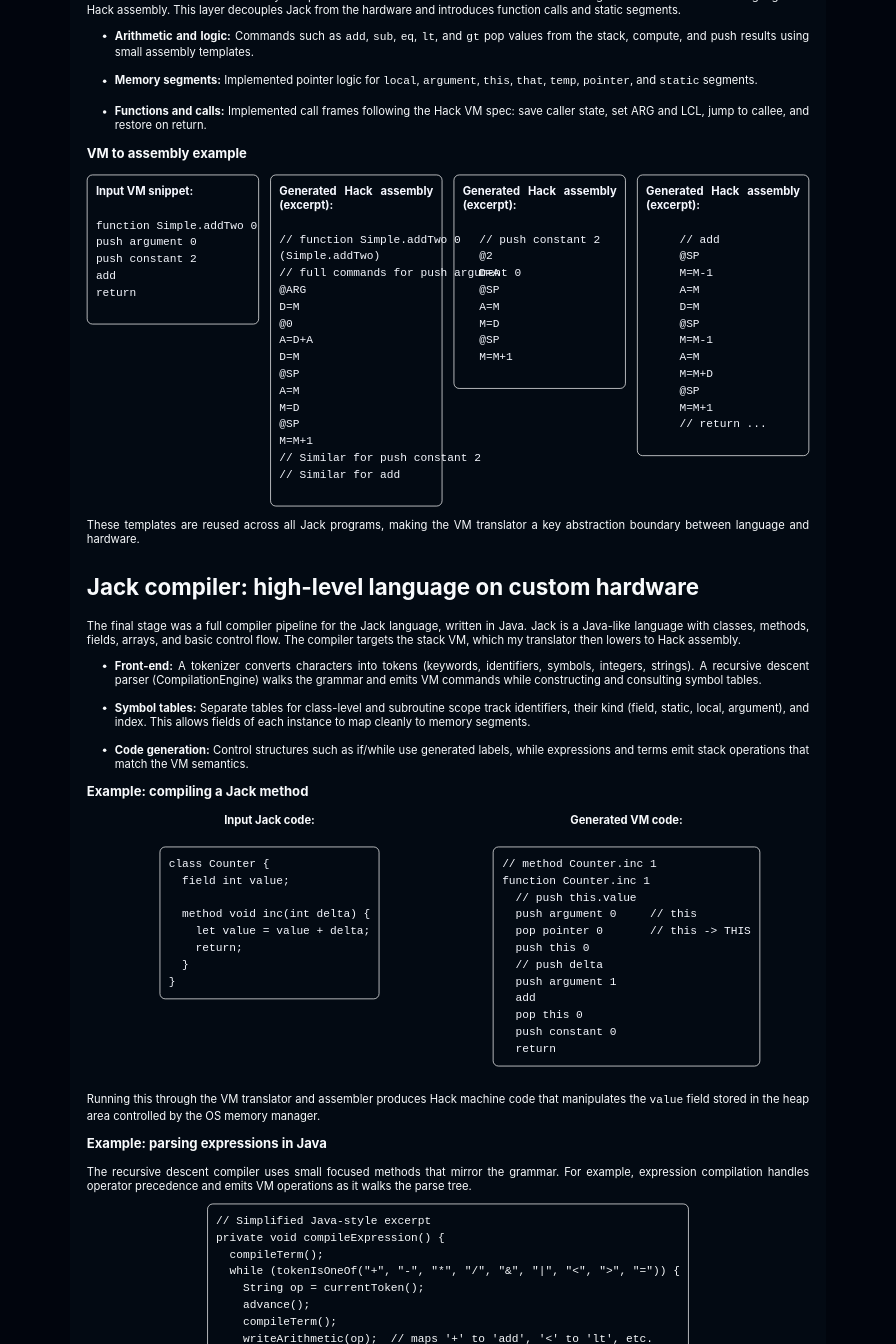
Repository: Abdulaziz-04/Abdulaziz-04.github.io
Page: deepdives/backend_systems/nand2tetris/nand2tetris.html
These files come from the project's save history. The page is drawn as it stood at one moment and after the next save; the edit follows.
The browser window is 1280 px wide. The pictures show the part of the page from y = 3368 to 5288 px (the page is 6097 px tall before and 6446 px after), at 70% of full size.

Above is the page before, as saved 2025-11-20 21:31:39.

### deepdives/backend_systems/nand2tetris/nand2tetris.html
<!DOCTYPE html>
<html lang="en">
  <head>
    <meta charset="UTF-8" />
    <meta name="viewport" content="width=device-width, initial-scale=1" />
    <title>
      From Nand to Tetris: Building a Computer and Compiler from Scratch
    </title>
    <link rel="stylesheet" href="../../../assets/css/styles.css" />
    <style>
      .project-detail-page pre,
      .project-detail-page code {
        font-size: 1rem;
        line-height: 1.5;
      }

      .project-detail-page pre {
        display: flex;
        justify-content: center;
        margin: 1.25rem auto;
      }

      .project-detail-page pre code {
        display: inline-block;
        text-align: left;
      }

      .code-pair {
        display: grid;
        grid-template-columns: repeat(2, minmax(0, 1fr));
        gap: 1.25rem;
        align-items: start;
        justify-items: center;
        max-width: 1000px;
        margin: 0 auto;
      }

      .code-pair > div {
        display: flex;
        flex-direction: column;
        gap: 0.5rem;
        align-items: center;
      }

      .code-pair p {
        margin: 0;
        text-align: center;
        width: 100%;
      }

      .code-bordered {
        border: 1px solid #ffffff;
        border-radius: 8px;
        padding: 0.75rem;
        display: block;
        width: fit-content;
        max-width: 100%;
        margin: 0.75rem auto;
      }

      .project-detail-page pre.code-bordered {
        margin: 0 auto 1.25rem;
        justify-content: flex-start;
      }

      .code-card {
        color: #f6f8ff;
        border: 1px solid #ffffff;
        border-radius: 8px;
        padding: 0.75rem;
        background: transparent;
        box-shadow: none;
        display: flex;
        flex-direction: column;
        gap: 0.5rem;
        width: 100%;
      }

      .code-card__title {
        margin: 0;
        font-weight: 700;
        text-align: left;
      }

      .code-card code {
        display: block;
        white-space: pre;
        width: 100%;
      }

      .code-card.vm-block,
      .code-card.asm-block {
        border-color: #ffffff;
      }

      .code-grid {
        display: grid;
        grid-template-columns: repeat(4, minmax(0, 1fr));
        gap: 1rem;
        align-items: start;
        max-width: 1200px;
        margin: 0 auto;
      }

      .asm-columns {
        display: grid;
        grid-template-columns: repeat(auto-fit, minmax(220px, 1fr));
        gap: 0.75rem;
        align-items: start;
      }

      .asm-columns pre {
        margin: 0;
        padding: 0;
        border: none;
        background: transparent;
      }

      .asm-columns pre code {
        display: block;
        white-space: pre;
        width: 100%;
      }
    </style>
  </head>

  <body class="project-detail-page">
    <header class="detail-hero">
      <a
        class="category-back"
        href="../../../projects/compiler-blockchain.html"
      >
        &larr; Back to Projects
      </a>

      <p
        class="category-pill"
        onclick="window.location.href='../../../projects/compiler-blockchain.html'"
      >
        Backend &amp; Distributed Logic
      </p>
      <br />
      <h1>
        From Nand to Tetris: Building a Computer and Compiler from Scratch
      </h1>

      <p class="detail-summary">
        <b>
          Two–part systems project where I built a full 16-bit computer,
          assembler, virtual machine, and compiler from primitive NAND gates.
          The stack ends in a high-level programming language called Jack that
          runs on the hardware I designed using an emulator.
        </b>
      </p>

      <p class="detail-summary">
        I completed all projects for both Coursera courses
        <i>“Build a Modern Computer from First Principles: Part 1 and Part 2”</i
        >, submitted every assignment, scored <b>98%</b> overall, and earned
        both certifications.
      </p>

      <ul class="detail-meta">
        <li>
          <strong>Tech Stack:</strong>
          Hardware Description Language (HDL), Hack assembly, Jack language,
          Java (assembler, VM translator, compiler), shell tooling, hardware and
          VM emulators
        </li>
      </ul>
    </header>

    <main class="section detail-content">
      <!-- HERO IMAGE -->
      <section class="detail-section detail-hero-gif">
        <figure class="gallery-item gallery-item--wide">
          <img
            src="./images/nand2tetris_intro.png"
            alt="Hardware and software hierarchy from NAND gate up to high level language"
            style="display: block; margin: 0 auto; max-width: 90%; height: auto"
          />
          <figcaption style="text-align: center">
            The full stack I implemented: from a single NAND gate to logic
            chips, CPU, assembler, VM, and Jack compiler running user programs.
          </figcaption>
        </figure>
      </section>

      <!-- QUICK INSIGHTS -->
      <section class="detail-section">
        <h2>Quick insights</h2>
        <ul class="psr-list">
          <li>
            <strong>Goal:</strong>
            Design a full computer system from the logic-gate level and build a
            usable high-level programming language called Jack with it's own
            compiler and toolchain that runs games and apps on that hardware.
          </li>
          <br />
          <li>
            <strong>Scope:</strong>
            Implemented over <b>30+</b> hardware chips in HDL, a
            <b>16-bit Hack CPU and memory system</b>, a two-stage software stack
            (assembler and VM translator), and a multi-pass Jack compiler.
          </li>
          <br />
          <li>
            <strong>Outcome:</strong>
            The final system runs full Jack programs such as Tetris and a simple
            operating system (arrays, math library, memory manager), compiled by
            my Java tools from Jack to machine language that executes on the
            hardware I built (via emulation).
          </li>
        </ul>
      </section>

      <!-- HARDWARE PLATFORM -->
      <section class="detail-section">
        <h2>Hardware platform: from NAND to a 16-bit computer</h2>
        <p>
          Part 1 focused on creating the hardware stack using the course HDL.
          Starting from a single NAND primitive, I implemented combinational and
          sequential chips and composed them into a usable computer.
        </p>

        <ul>
          <li>
            <b>Core logic:</b> Built gates such as NOT, AND, OR, MUX, and
            adders, then composed them into an <b>ALU</b> (Arithmetic Logic
            Unit) supporting arithmetic, bitwise operations, and zero/negative
            flags.
          </li>
          <br />
          <li>
            <b>Stateful components:</b> Implemented Register, RAM8/64/4K/16K,
            counters, and a screen-mapped memory unit using flip-flops and
            clocked logic.
          </li>
          <br />
          <li>
            <b>CPU and computer:</b> Wired the ALU (Arithmetic Logic Unit),
            registers, and instruction decoder into a Hack CPU supporting
            A-instruction and C-instruction i.e. Address and Compute
            instructions plus conditional jumps, then added ROM and memory to
            form the complete computer chip.
          </li>
        </ul>

        <h3>Example: ALU snippet and behavior</h3>
        <p>
          The ALU combines configurable input negation, zeroing, and function
          selection. Here is a simplified HDL excerpt (names adjusted for
          brevity):
        </p>

        <pre class="code-bordered"><code>// Simplified ALU style HDL
CHIP ALU {
  IN  x[16], y[16],
      zx, nx, zy, ny, f, no;
  OUT out[16], zr, ng;

  PARTS:
  Mux16(a=x, b=false, sel=zx, out=xz);
  Not16(in=xz, out=xn);
  Mux16(a=xz, b=xn, sel=nx, out=x1);

  Mux16(a=y, b=false, sel=zy, out=yz);
  Not16(in=yz, out=yn);
  Mux16(a=yz, b=yn, sel=ny, out=y1);

  Add16(a=x1, b=y1, out=sum);
  And16(a=x1, b=y1, out=andv);
  Mux16(a=andv, b=sum, sel=f, out=out0);

  Not16(in=out0, out=out1);
  Mux16(a=out0, b=out1, sel=no, out=out);

  Or16Way(in=out, out=any);
  Not(in=any, out=zr);
  And(in=out[15], in2=true, out=ng);
}</code></pre>

        <p>
          With these control bits, higher-level instructions like D=D+M or M=!M
          are implemented simply by choosing the correct input parameter
          combination.
        </p>
      </section>

      <!-- ASSEMBLER -->
      <section class="detail-section">
        <h2>Assembler: Hack assembly to machine code</h2>
        <p>
          Once the computer chip worked in simulation, I wrote a two-pass
          assembler in Java for the Hack assembly language. It resolves labels
          and variables, then emits 16-bit binary instructions.
        </p>

        <ul>
          <li>
            <b>Two-pass design:</b> First pass scans labels (for example,
            <code>(LOOP)</code>) and records their ROM addresses. Second pass
            encodes A and C instructions into their binary form.
          </li>
          <br />
          <li>
            <b>Symbol table:</b> Pre-populated with predefined registers
            (R0–R15), pointers (SP, LCL, ARG), screen and keyboard addresses,
            then extended with user variables starting at address 16.
          </li>
        </ul>

        <h3>Assembler encoding example</h3>

        <div class="code-pair">
          <div>
            <p><b>Input assembly:</b></p>
            <pre class="code-card vm-block"><code>// Simple loop
@i
M=1
(LOOP)
  @i
  M=M+1
  @10
  D;JLT
  @LOOP
  0;JMP</code></pre>
          </div>

          <div>
            <p><b>Generated machine code:</b></p>
            <pre
              class="code-card asm-block"
            ><code>0000000000010000   // @i (allocated at 16)
1110111111001000   // M=1
0000000000010000   // @i
1111110111011000   // M=M+1
0000000000001010   // @10
1110001100000100   // D;JLT
0000000000000010   // @LOOP (ROM address 2)
1110101010000111   // 0;JMP</code></pre>
          </div>
        </div>

        <p>
          Running this binary on the hardware simulator shows the register and
          RAM state changing as expected, proving the assembler and CPU agree on
          the instruction set.
        </p>
      </section>

      <!-- VM TRANSLATOR -->
      <section class="detail-section">
        <h2>VM translator: stack machine to Hack assembly</h2>
        <p>
          Part 2 starts the software hierarchy. I implemented a VM translator in
          Java that converts a high-level stack-based VM language into Hack
          assembly. This layer decouples Jack from the hardware and introduces
          function calls and static segments.
        </p>

        <ul>
          <li>
            <b>Arithmetic and logic:</b> Commands such as <code>add</code>,
            <code>sub</code>, <code>eq</code>, <code>lt</code>, and
            <code>gt</code> pop values from the stack, compute, and push results
            using small assembly templates.
          </li>
          <br />
          <li>
            <b>Memory segments:</b> Implemented pointer logic for
            <code>local</code>, <code>argument</code>, <code>this</code>,
            <code>that</code>, <code>temp</code>, <code>pointer</code>, and
            <code>static</code> segments.
          </li>
          <br />
          <li>
            <b>Functions and calls:</b> Implemented call frames following the
            Hack VM spec: save caller state, set ARG and LCL, jump to callee,
            and restore on return.
          </li>
        </ul>

        <h3>VM to assembly example</h3>

        <div class="code-grid">
          <div class="code-card vm-block">
            <p class="code-card__title">Input VM snippet:</p>
            <pre><code>function Simple.addTwo 0
push argument 0
push constant 2
add
return</code></pre>
          </div>

          <div class="code-card asm-block">
            <p class="code-card__title">Generated Hack assembly (excerpt):</p>
            <pre><code>// function Simple.addTwo 0
(Simple.addTwo)
// full commands for push argument 0
@ARG
D=M
@0
A=D+A
D=M
@SP
A=M
M=D
@SP
M=M+1
// Similar for push constant 2
// Similar for add
</code></pre>
          </div>
          <div class="code-card asm-block">
            <p class="code-card__title">Generated Hack assembly (excerpt):</p>
            <pre><code>// push constant 2
@2
D=A
@SP
A=M
M=D
@SP
M=M+1
</code></pre>
          </div>
          <div class="code-card asm-block">
            <p class="code-card__title">Generated Hack assembly (excerpt):</p>
            <pre><code>// add
@SP
M=M-1
A=M
D=M
@SP
M=M-1
A=M
M=M+D
@SP
M=M+1
// return ...
</code></pre>
          </div>
        </div>

        <p>
          These templates are reused across all Jack programs, making the VM
          translator a key abstraction boundary between language and hardware.
        </p>
      </section>

      <!-- JACK COMPILER -->
      <section class="detail-section">
        <h2>Jack compiler: high-level language on custom hardware</h2>
        <p>
          The final stage was a full compiler pipeline for the Jack language,
          written in Java. Jack is a Java-like language with classes, methods,
          fields, arrays, and basic control flow. The compiler targets the stack
          VM, which my translator then lowers to Hack assembly.
        </p>

        <ul>
          <li>
            <b>Front-end:</b> A tokenizer converts characters into tokens
            (keywords, identifiers, symbols, integers, strings). A recursive
            descent parser (CompilationEngine) walks the grammar and emits VM
            commands while constructing and consulting symbol tables.
          </li>
          <br />
          <li>
            <b>Symbol tables:</b> Separate tables for class-level and subroutine
            scope track identifiers, their kind (field, static, local,
            argument), and index. This allows fields of each instance to map
            cleanly to memory segments.
          </li>
          <br />
          <li>
            <b>Code generation:</b> Control structures such as if/while use
            generated labels, while expressions and terms emit stack operations
            that match the VM semantics.
          </li>
        </ul>

        <h3>Example: compiling a Jack method</h3>

        <div class="code-pair">
          <div>
            <p><b>Input Jack code:</b></p>
            <pre class="code-card vm-block"><code>class Counter {
  field int value;

  method void inc(int delta) {
    let value = value + delta;
    return;
  }
}</code></pre>
          </div>
          <div>
            <p><b>Generated VM code:</b></p>
            <pre class="code-card asm-block"><code>// method Counter.inc 1
function Counter.inc 1
  // push this.value
  push argument 0     // this
  pop pointer 0       // this -> THIS
  push this 0
  // push delta
  push argument 1
  add
  pop this 0
  push constant 0
  return</code></pre>
          </div>
        </div>

        <p>
          Running this through the VM translator and assembler produces Hack
          machine code that manipulates the <code>value</code> field stored in
          the heap area controlled by the OS memory manager.
        </p>

        <h3>Example: parsing expressions in Java</h3>
        <p>
          The recursive descent compiler uses small focused methods that mirror
          the grammar. For example, expression compilation handles operator
          precedence and emits VM operations as it walks the parse tree.
        </p>

        <pre class="code-bordered"><code>// Simplified Java-style excerpt
private void compileExpression() {
  compileTerm();
  while (tokenIsOneOf("+", "-", "*", "/", "&amp;", "|", "&lt;", "&gt;", "=")) {
    String op = currentToken();
    advance();
    compileTerm();
    writeArithmetic(op);  // maps '+' to 'add', '&lt;' to 'lt', etc.
  }
}</code></pre>

        <p>
          This design keeps the compiler readable and makes it easy to trace
          from Jack source through VM and assembly when debugging.
        </p>
      </section>

      <!-- END-TO-END PIPELINE -->
      <section class="detail-section">
        <h2>End-to-end pipeline and final programs</h2>
        <p>
          With the full pipeline in place, I compiled and ran several Jack
          applications, including the supplied Tetris, a simple OS API, and my
          own small programs that manipulate memory, draw graphics, and handle
          keyboard input.
        </p>

        <ul>
          <li>
            <b>End-to-end flow:</b> Jack source (User Input Programming
            Language) → Java Compiler → VM code → Java VM translator → Hack
            assembly → Java assembler → 16-bit machine code → executed on the
            computer emulated from NAND gates. The Compiler, VM translator and
            assembler were built from scratch in Java.
          </li>
          <br />
          <li>
            <b>Debugging:</b> Used the hardware and VM simulators to step
            through instructions, inspect RAM and stack, and validate that
            higher-level bugs were not caused by lower-level hardware mistakes.
          </li>
        </ul>
      </section>

      <!-- IMPACT & LEARNINGS -->
      <section class="detail-section detail-impact">
        <h2>Impact and learnings</h2>
        <ul>
          <li>
            <b>Systems thinking:</b> Gained a concrete understanding of how
            compilers, virtual machines, and hardware interact, instead of
            treating them as black boxes.
          </li>
          <br />
          <li>
            <b>Compiler and language design:</b> Implemented a real compiler
            front-end and back-end, including lexical analysis, parsing, symbol
            tables, and code generation for a custom language.
          </li>
          <br />
          <li>
            <b>Hardware intuition:</b> Designing the ALU, CPU, and memory from
            primitive gates sharpened my intuition for performance, instruction
            set design, and the cost of different operations.
          </li>
          <br />
          <li>
            <b>Reliability through abstraction:</b> Each layer (HDL chips,
            assembler, VM, compiler) had a clear contract and test suite, which
            made debugging manageable despite how much was built from scratch.
          </li>
        </ul>
      </section>
    </main>
  </body>
</html>

Loaded but not shown: assets/css/styles.css (941 lines, source omitted)

After the next save:
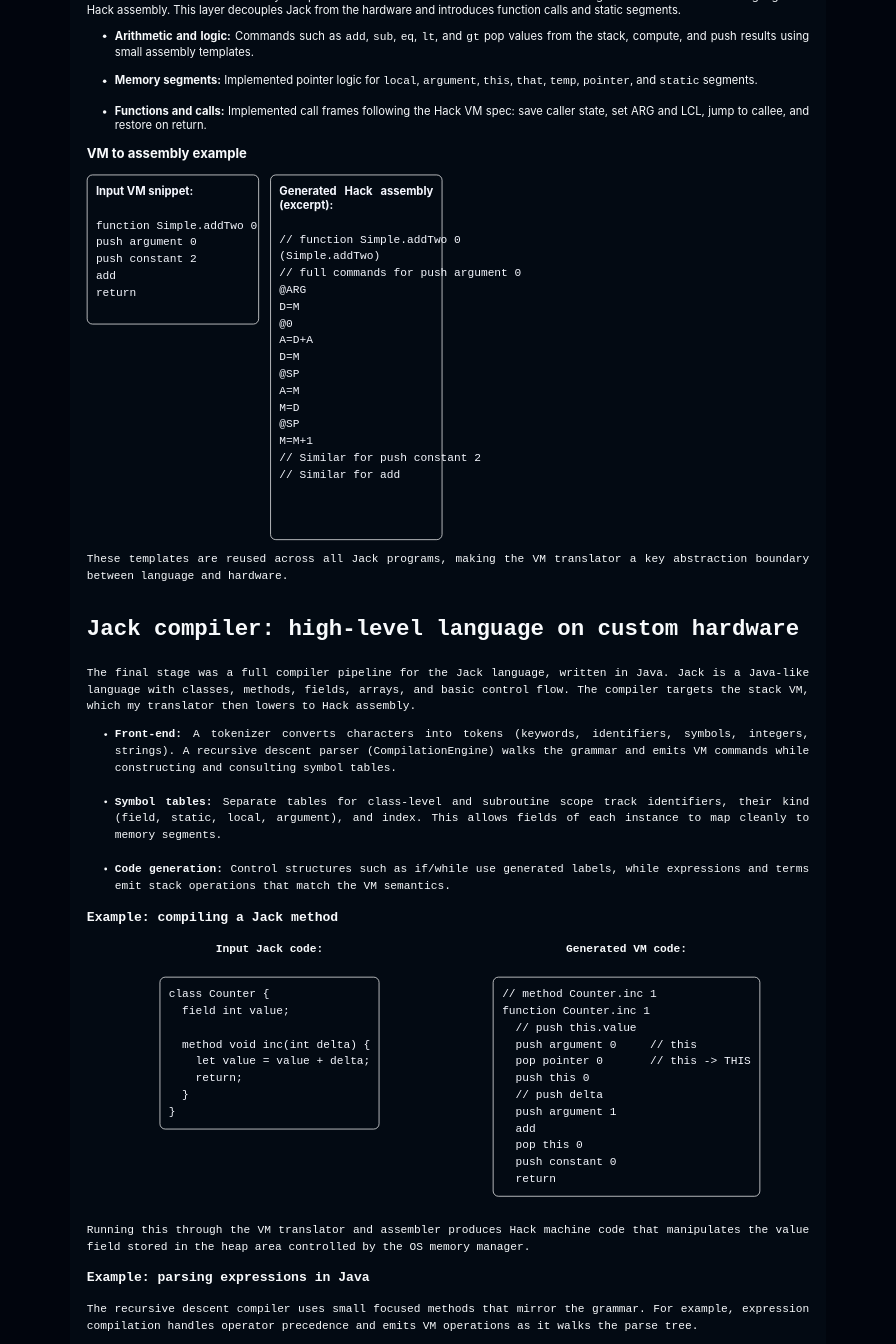
Saved 13 s later.
--- a/deepdives/backend_systems/nand2tetris/nand2tetris.html
+++ b/deepdives/backend_systems/nand2tetris/nand2tetris.html
@@ -410,35 +410,7 @@ M=D
 M=M+1
 // Similar for push constant 2
 // Similar for add
-</code></pre>
-          </div>
-          <div class="code-card asm-block">
-            <p class="code-card__title">Generated Hack assembly (excerpt):</p>
-            <pre><code>// push constant 2
-@2
-D=A
-@SP
-A=M
-M=D
-@SP
-M=M+1
-</code></pre>
-          </div>
-          <div class="code-card asm-block">
-            <p class="code-card__title">Generated Hack assembly (excerpt):</p>
-            <pre><code>// add
-@SP
-M=M-1
-A=M
-D=M
-@SP
-M=M-1
-A=M
-M=M+D
-@SP
-M=M+1
-// return ...
-</code></pre>
+
           </div>
         </div>
 
